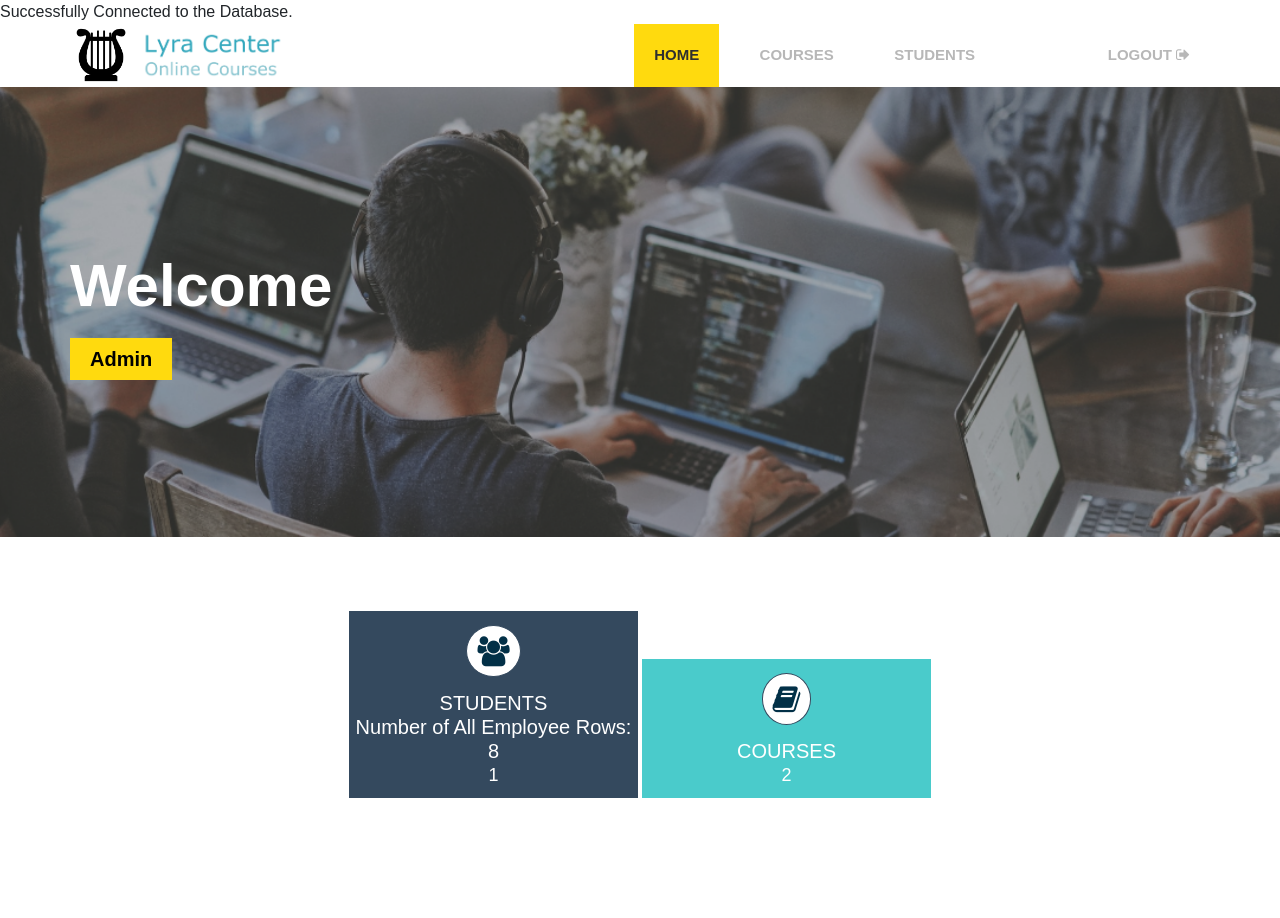
Repository: jersmaecrz/lyra-center
Page: http://localhost/aHome.php
An editor plug-in stored every save of this project. The page is shown before and after a run of saves, followed by the edit.
The browser window is 1280 px wide. The pictures show the whole page.
Some web fonts or font styles are not loaded; a fallback is used. The page is run by PHP 8.4 with error messages shown; the project is at /var/www/html/. The database holds what the project's SQL file puts in it.

Above is the page before, as saved 2022-12-03 22:41:59.

### aHome.php
<?php
    include "admin-dashboard.php";
?>
<!DOCTYPE html>
<html lang="zxx">
<head>
    <link rel="icon" href="img/lyre.png">
    <meta charset="UTF-8">
    <meta name="description" content="Anime Template">
    <meta name="keywords" content="Anime, unica, creative, html">
    <meta name="viewport" content="width=device-width, initial-scale=1.0">
    <meta http-equiv="X-UA-Compatible" content="ie=edge">
    <title>Lyra | Home</title>
    <link rel="stylesheet" href="css/admin-home-style.css" type="text/css">

    <!-- Google Font -->
    <link href="https://fonts.googleapis.com/css2?family=Mulish:wght@300;400;500;600;700;800;900&display=swap"
    rel="stylesheet">

    <link rel="preconnect" href="https://fonts.googleapis.com">
    <link rel="preconnect" href="https://fonts.gstatic.com" crossorigin>
    <link href="https://fonts.googleapis.com/css2?family=Open+Sans:wght@700&display=swap" rel="stylesheet">

    <!-- Css Styles -->
    <link rel="stylesheet" href="css/bootstrap.min.css" type="text/css">
    <link rel="stylesheet" href="css/font-awesome.min.css" type="text/css">
    <link rel="stylesheet" href="css/elegant-icons.css" type="text/css">
    <link rel="stylesheet" href="css/plyr.css" type="text/css">
    <link rel="stylesheet" href="css/nice-select.css" type="text/css">
    <link rel="stylesheet" href="css/owl.carousel.min.css" type="text/css">
    <link rel="stylesheet" href="css/slicknav.min.css" type="text/css">
    <link rel="stylesheet" href="css/style.css" type="text/css">
</head>

<body>
    <!-- Page Preloder -->
    <div id="preloder">
        <div class="loader"></div>
    </div>

    <!-- Header Section Begin -->
    <header class="header">
        <div class="container">
            <div class="row">
                <div class="col-lg-5">
                    <div class="header__logo">
                        <a href="./index.html">
                            <img src="img/lyre.png" alt="" width=62px>
                            <img src="img/lyra.png" alt="" width=150px>
                        </a>
                    </div>
                </div>
                <div class="col-lg-7">
                    <div class="header__nav">
                        <nav class="header__menu mobile-menu">
                            <ul>
                                <li class="active"><a href="./index.html">HOME</a></li>
                                <li ><a href="./courses.html">COURSES</a></li>
                                <li ><a href="./signup.html">STUDENTS</a></li>
                                <li class="right"><a href="./signup.html">LOGOUT <i class="fa fa-sign-out" aria-hidden="true"></i></a></li>


                            </ul>
                        </nav>
                    </div>
                </div>

            </div>
            <div id="mobile-menu-wrap"></div>
        </div>
    </header>
    <!-- Header End -->


      <!-- Normal Breadcrumb Begin -->
    <section class="normal-breadcrumb set-bg" data-setbg="img/banner.png">
        <div class="container">
            <div class="row">
                <div class="col-lg-5">
                    <div class="normal__breadcrumb__text">
                        <h2>Welcome</h2>
                        <div class="lemony"><a><span><b>Admin</b></span</a></div>
                    </div>
                </div>
            </div>
        </div>

    </section>
    <!-- Normal Breadcrumb End -->
<br>

<!-- Dashboard -->
<div class="container">
    <div class="row">
            <div class="col-lg-12">
                <div class="main-section normal__breadcrumb__text">
                    <div class="dashboard blueDash">
                        <div class="icon-section">
                            <i class="icon fa fa-users" aria-hidden="true"></i><br>
                            <h3>STUDENTS</h3>
                            <?php
                                $dash = new Dashboard ();
                                $dash -> countStudents($pdo)
                            ?>
                            <p>1</p>
                        </div>
                    </div>
                    <div class="dashboard yellowDash">
                        <div class="icon-section">
                            <i class="icon fa fa-book" aria-hidden="true"></i><br>
                            <h3>COURSES</h3>
                            <p>2</p>
                        </div>

                    </div>
            </div>
    </div>
</div>
<br>
<br>
<br>
<br>
<br>

<!-- Footer Section Begin
<footer class="footer">
    <div class="page-up">
        <a href="#" class="scroll"><span class="arrow_carrot-up"></span></a>
    </div>
    <div class="container">
        <div class="row">
            <div class="col-lg-3">
                <div class="footer__logo">
                    <a href="./index.html">
                        <img src="img/mango manga.png" alt="" width=80px>
                        <img src="img/mm.png" alt="" width=110px>
                    </a>
                </div>
            </div>
            <div class="col-lg-6">
                <div class="footer__nav">
                    <ul>
                        <li class="active"><a href="./index.html">HOME</a></li>
                        <li ><a href="./courses.html">COURSES</a></li>
                        <li ><a href="./signup.html">STUDENTS</a></li>

                    </ul>
                </div>
            </div>

          </div>
      </div>
  </footer>
  <!-- Footer Section End -->


<!-- Js Plugins -->
<script src="js/jquery-3.3.1.min.js"></script>
<script src="js/bootstrap.min.js"></script>
<script src="js/player.js"></script>
<script src="js/jquery.nice-select.min.js"></script>
<script src="js/mixitup.min.js"></script>
<script src="js/jquery.slicknav.js"></script>
<script src="js/owl.carousel.min.js"></script>
<script src="js/main.js"></script>


</body>

</html>

### admin-dashboard.php
<?php
   require_once("config.php");
   class Dashboard {
        //Attributes
        public $name;
        public $courses;
        //Create setters
        function setStudents($students){
            $this -> students = $students;
        }
        function setCourses($courses){
            $this -> courses = $courses;
        }
        //Create getters
        function getStudents(){
            return $this -> students;
        }
        function getCourses(){
            return $this -> courses;
        }
        function countStudents($pdo){
            $query = "SELECT * FROM users";
            $stmt = $pdo-> prepare($query);
            $stmt -> execute();
            $rows = $stmt -> fetchAll();
            $rowCount = $stmt->rowCount();
            echo "<h3>Number of All Employee Rows: $rowCount</h3>";
        }
    }
?>

### config.php
<?php
    $host = "remotemysql.com";
    $user = "NsqxjSUDbx";
    $password = "wLgUwnheJo";
    $dbName = "NsqxjSUDbx" ;
    //Connect to database using PDO
    try {
        $dsn ="mysql:host=$host;dbname=$dbName";
        $pdo = new PDO($dsn,$user, $password);
        //Check the connection
        $pdo->setAttribute(PDO::ATTR_DEFAULT_FETCH_MODE,PDO::FETCH_OBJ);
        $pdo->setAttribute(PDO::ATTR_ERRMODE,PDO::ERRMODE_EXCEPTION);
        echo "Successfully Connected to the Database.";
    } catch(PDOException $e) {
        echo "Unable to Connect to DB: ". $e->getMessage();
    }
?>

### css/admin-home-style.css
.right {
    float: right;
}
.scroll {
    margin-left: -50px;
    margin-top: -50px;
}
.main-section{
	width:80%;
	margin:0 auto;
	text-align: center;
	padding: 0px 5px;
}
.dashboard{
	width:32%;
	display: inline-block;
	color:#fff;
	margin-top: 50px;
}
.icon-section i{
	font-size: 30px;
	padding:10px;
	border:1px solid #34495E;
	margin-bottom: 10px;
    margin: 5%;
	background-color:#fff;
    border-radius: 50%;
}
.icon-section h3{
	font-size: 20px;
    color: #fff;
	font-family: "Mulish", sans-serif;
}
.icon-section p{
	margin:0px;
	font-size: 20px;
	padding-bottom: 10px;
	font-family: "Mulish", sans-serif;
}
.icon {
    color: #023047;
}
.blueDash {
    background-color:#34495E;

}
.yellowDash {
    background-color:#4ACBCB;

}

### sql.sql (the tables this page reads)
CREATE TABLE `users` (
  `id` int(11) NOT NULL,
  `name` varchar(100) NOT NULL,
  `username` varchar(100) NOT NULL,
  `email` varchar(100) NOT NULL,
  `user_type` varchar(100) NOT NULL,
  `password` varchar(100) NOT NULL
) ENGINE=InnoDB DEFAULT CHARSET=utf8mb4 COLLATE=utf8mb4_0900_ai_ci;

INSERT INTO `users` (`id`, `name`, `username`, `email`, `user_type`, `password`) VALUES
(1, 'Arella Sumabat', 'arellamarie', 'arellamarie.sumabat@gmail.com', 'user', '4573a077f36ee2fd05b3e6054a24aa29'),
(6, 'Leila Gregorio', 'leinami', 'leilapatricia.gregorio.cics@ust.edu.ph', 'admin', '754f9968bf5f5f68d7dea029889b7415'),
(7, 'admin', 'admin', 'admin@gmail.com', 'admin', '21232f297a57a5a743894a0e4a801fc3'),
(8, 'Leila Gregorio', 'leila', 'leilapatricia.gregorio.cics@ust.edu.ph', 'user', '754f9968bf5f5f68d7dea029889b7415'),
(9, 'Jersey Cruz', 'jerss', 'jersuu@email.com', 'user', '202cb962ac59075b964b07152d234b70'),
(10, 'Hello Kitty', 'hellokitty', 'hellokitty03@gmail.com', 'user', '62fbc82dabe52c6e017e8ad9fb8f69a2'),
(11, 'Mya Nava', 'znvry', 'myajaren.nava.cics@ust.edu.ph', 'user', '27cb01c90a7fa07daf3a649f780b7086'),
(12, 'Jersey', 'jersii', 'jerseyy@email.com', 'user', '81dc9bdb52d04dc20036dbd8313ed055');

ALTER TABLE `users`
  ADD PRIMARY KEY (`id`);

ALTER TABLE `users`
  MODIFY `id` int(11) NOT NULL AUTO_INCREMENT, AUTO_INCREMENT=13;

Loaded but not shown: css/bootstrap.min.css (library); css/font-awesome.min.css (library); css/plyr.css (library); css/nice-select.css (common file); css/owl.carousel.min.css (library); css/slicknav.min.css (common file); js/jquery-3.3.1.min.js (library); js/bootstrap.min.js (library); js/player.js (library); js/jquery.nice-select.min.js (common file); js/mixitup.min.js (library); js/jquery.slicknav.js (library); js/owl.carousel.min.js (library); js/main.js (101 lines, source omitted); css/elegant-icons.css (1157 lines, source omitted); css/style.css (1159 lines, source omitted)

After the next 2 saves:
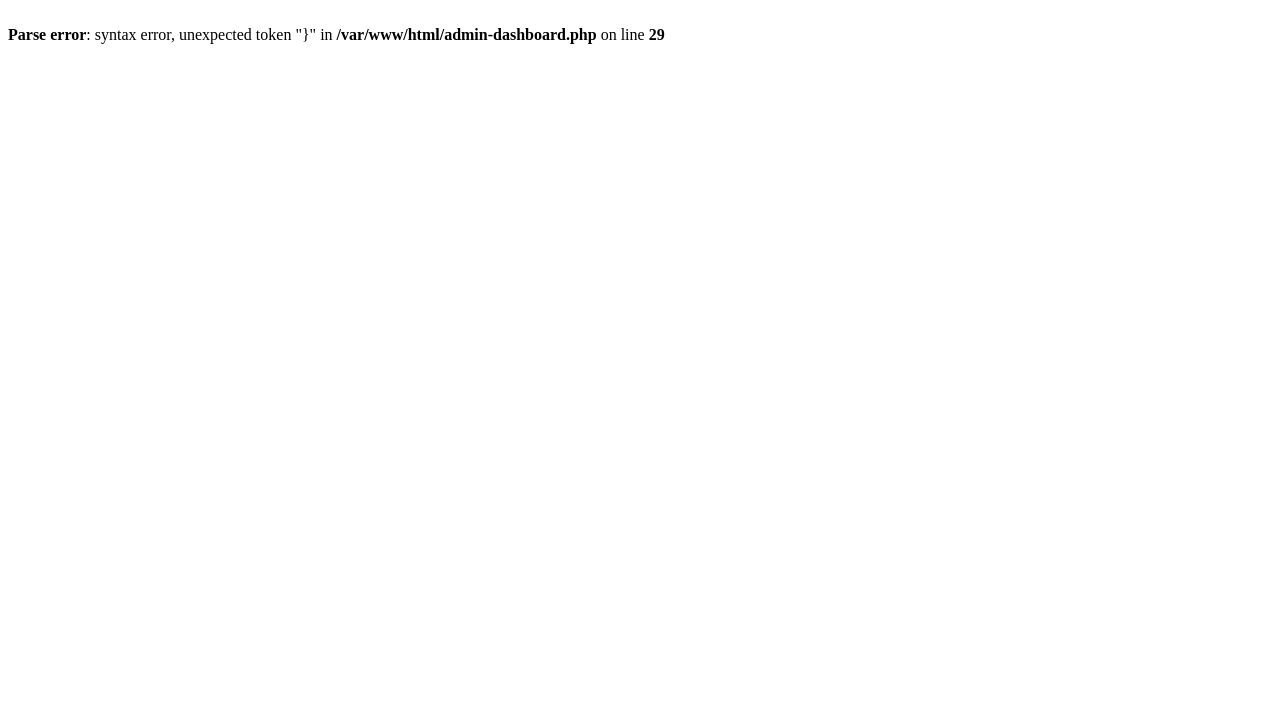
The 2 saves are shown as one change because they came seconds apart.
The last was saved 50 s later.
--- a/admin-dashboard.php
+++ b/admin-dashboard.php
@@ -24,7 +24,8 @@
             $stmt -> execute();
             $rows = $stmt -> fetchAll();
             $rowCount = $stmt->rowCount();
-            echo "<h3>Number of All Employee Rows: $rowCount</h3>";
+            $this -> setStudents($rowCount)
+
         }
     }
 ?>

After the 2 saves that followed:
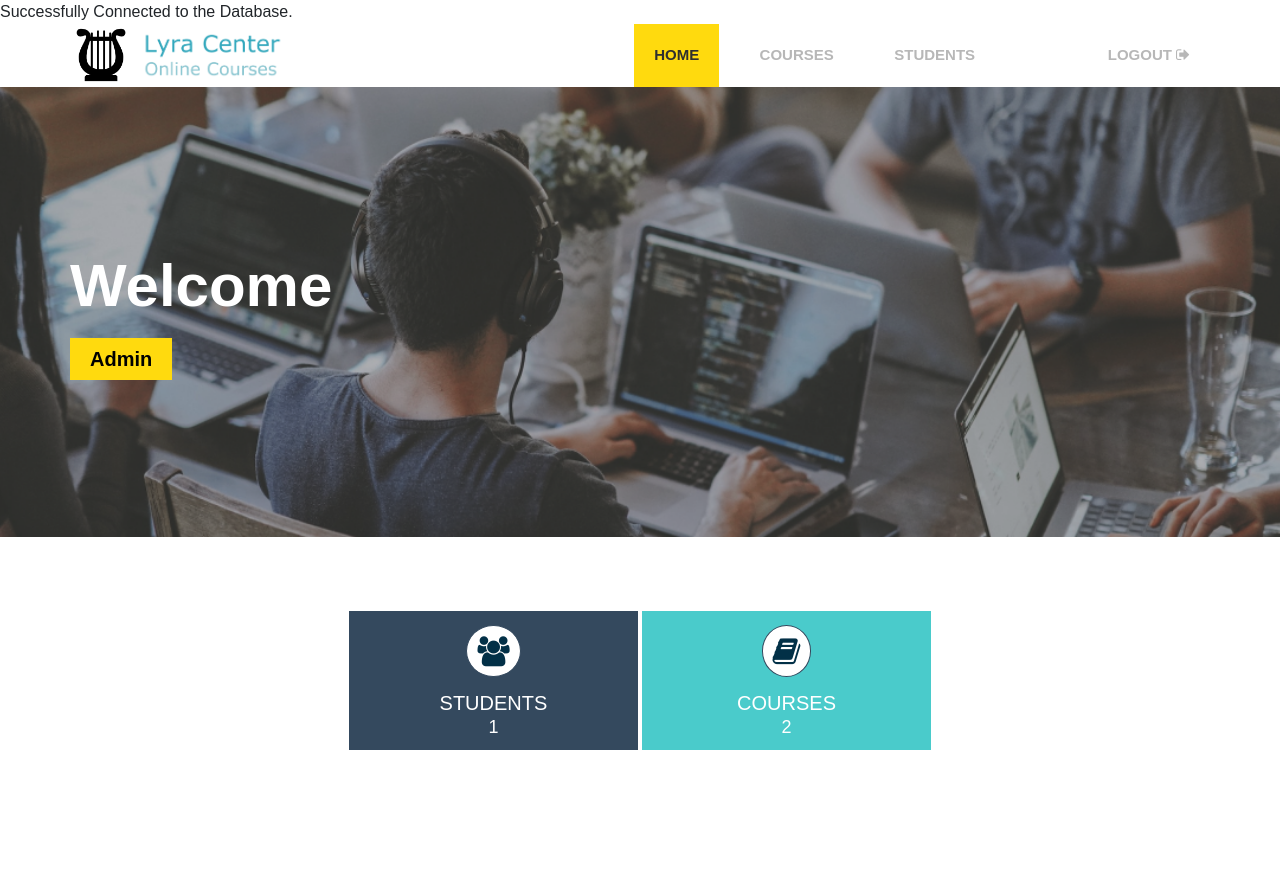
The 2 saves are shown as one change because they came seconds apart.
The last was saved 6 s later.
--- a/admin-dashboard.php
+++ b/admin-dashboard.php
@@ -24,8 +24,7 @@
             $stmt -> execute();
             $rows = $stmt -> fetchAll();
             $rowCount = $stmt->rowCount();
-            $this -> setStudents($rowCount)
-
+            $this -> setStudents($rowCount);
         }
     }
 ?>
